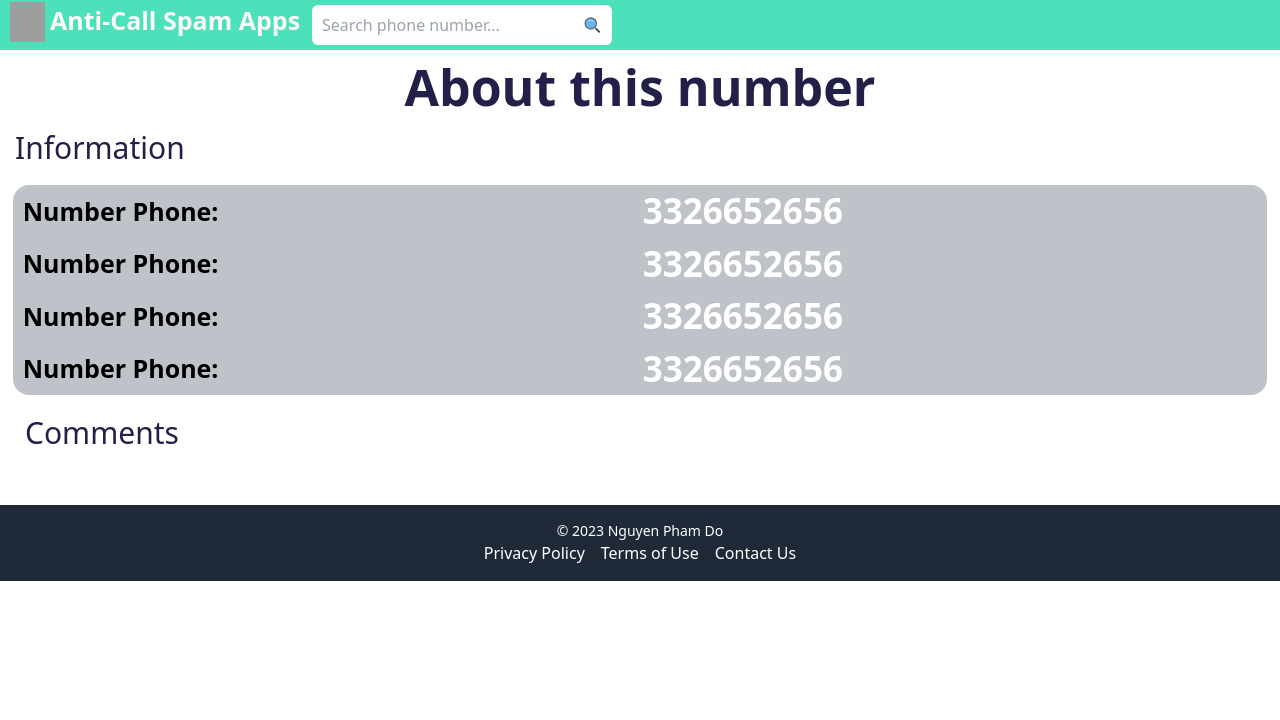
Repository: NPham1402/Web-user-callSpamBlocker
Page: /detail
The author's editor kept a copy of each file at every save. The page is drawn from the files as they stood at one save, then again after the next save.
The browser window is 1280 px wide. The pictures show the whole page.
Pictures or frames that could not be fetched are drawn as grey boxes. The page's requests for data from a server got no answer. The project was rebuilt for these pictures with package versions that can differ from the ones it lists, and the page was loaded fresh each time. The framework's server and built-in components were replaced by stand-ins that run in the browser. No one was signed in, and anything a server would have sent is missing. Also part of the build but not shown: next.config.js.

Above is the page before, as saved 2023-02-13 16:12:26.

After the next save:
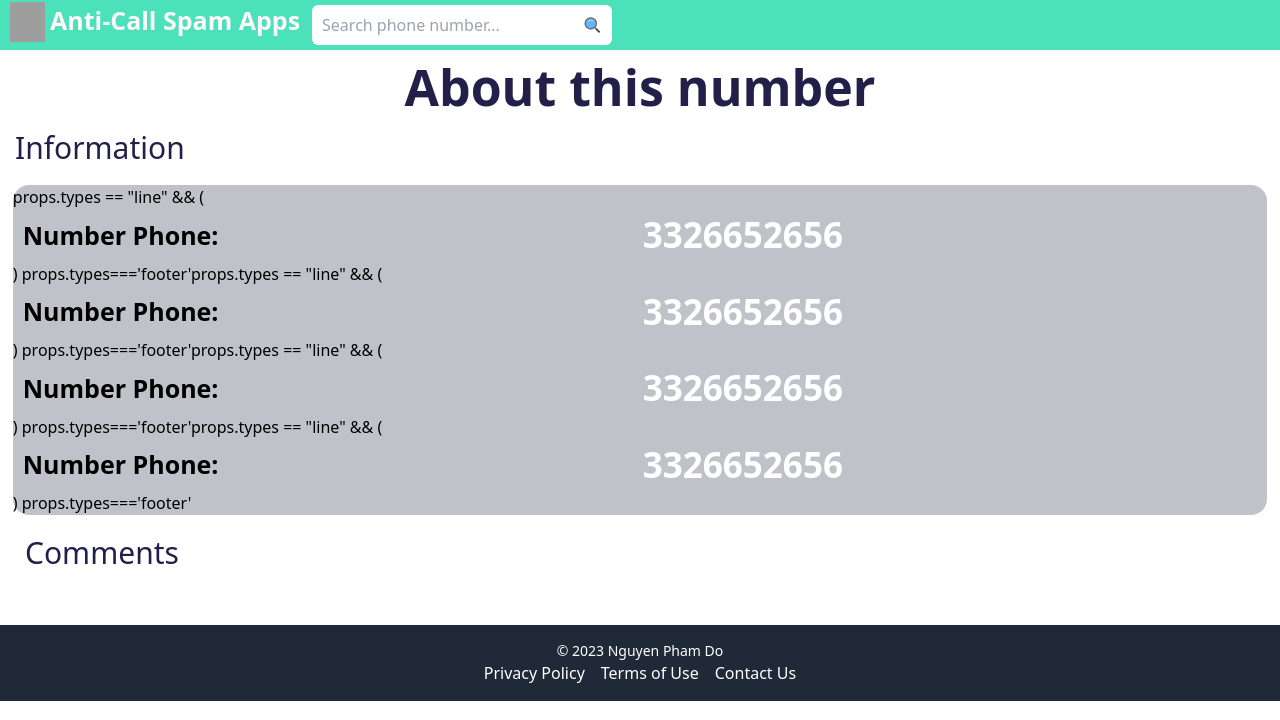
Saved 53 s later.
--- a/pages/components/miniCompoent.js
+++ b/pages/components/miniCompoent.js
@@ -2,7 +2,8 @@
 
 export default function MiniCompoent(props) {
   return (
-    props.types == "line" && (
+    <>
+      props.types == "line" && (
       <div className="flex flex-row">
         <p className="text-[25px] font-semibold ml-[10px] my-auto align-text-bottom">
           {props.headerLine}
@@ -11,6 +12,7 @@
           {props.contents}
         </p>
       </div>
-    )
+      ) props.types==='footer'
+    </>
   );
 }

After the save that followed:
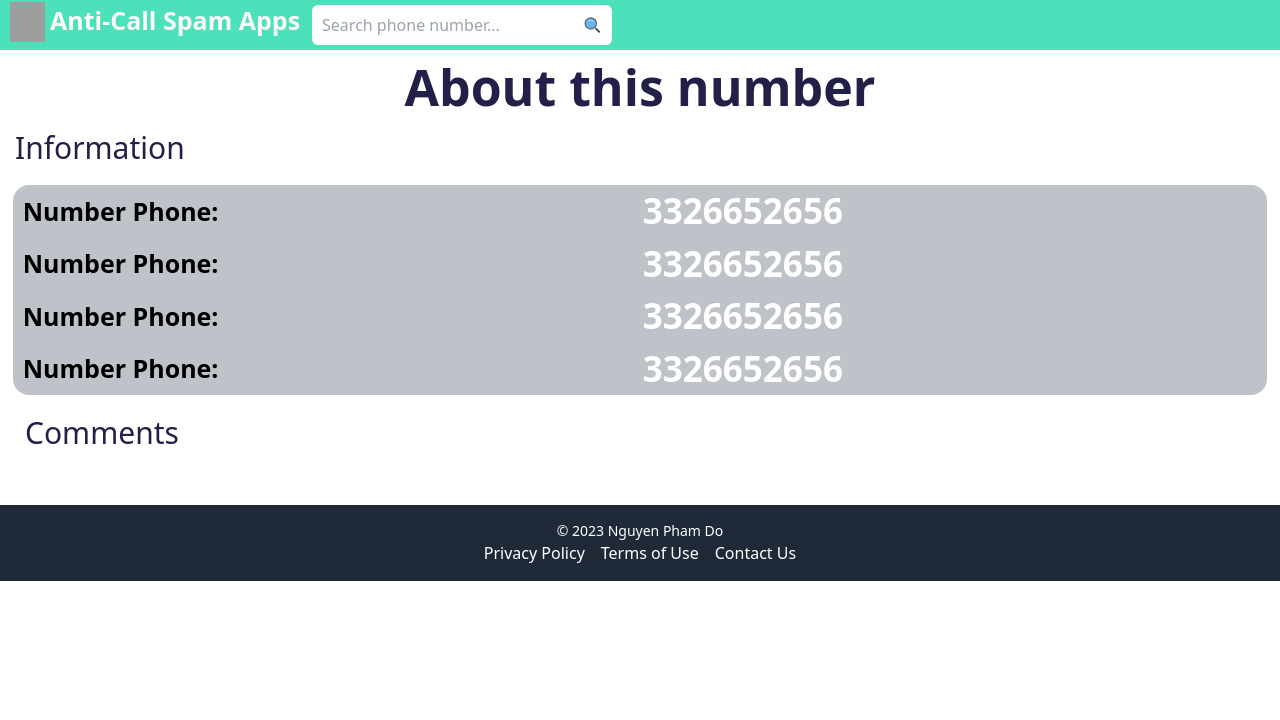
Saved 50 s later.
--- a/pages/components/miniCompoent.js
+++ b/pages/components/miniCompoent.js
@@ -3,16 +3,34 @@
 export default function MiniCompoent(props) {
   return (
     <>
-      props.types == "line" && (
-      <div className="flex flex-row">
-        <p className="text-[25px] font-semibold ml-[10px] my-auto align-text-bottom">
-          {props.headerLine}
-        </p>
-        <p className="text-[35px] m-auto font-bold text-[white] ">
-          {props.contents}
-        </p>
-      </div>
-      ) props.types==='footer'
+      {props.types == "line" && (
+        <div className="flex flex-row">
+          <p className="text-[25px] font-semibold ml-[10px] my-auto align-text-bottom">
+            {props.headerLine}
+          </p>
+          <p className="text-[35px] m-auto font-bold text-[white] ">
+            {props.contents}
+          </p>
+        </div>
+      )}
+      {props.types === "footer" && (
+        <footer className="bg-gray-800 mt-[50px] text-white py-4">
+          <div className="container mx-auto">
+            <p className="text-center text-sm">&copy; 2023 Nguyen Pham Do</p>
+            <div className="flex justify-center">
+              <a href="#" className="text-white mx-2">
+                Privacy Policy
+              </a>
+              <a href="#" className="text-white mx-2">
+                Terms of Use
+              </a>
+              <a href="#" className="text-white mx-2">
+                Contact Us
+              </a>
+            </div>
+          </div>
+        </footer>
+      )}
     </>
   );
 }
